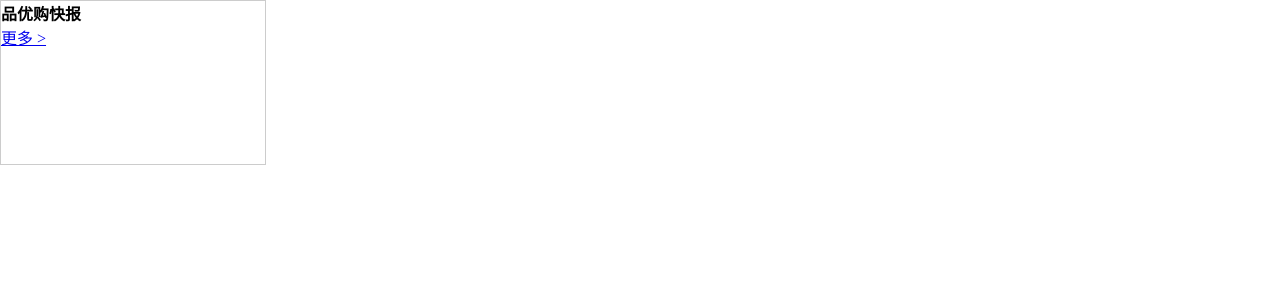
Repository: zhengdeya/web-based
Page: 32-品优购快报/index.html
These files come from the project's save history. The page is drawn as it stood at one moment and after the next save; the edit follows.
The browser window is 1280 px wide. The pictures show the whole page.

Above is the page before, as saved 2021-04-11 14:16:51.

### 32-品优购快报/index.html
<!DOCTYPE html>
<html lang="en">

<head>
    <meta charset="UTF-8">
    <meta http-equiv="X-UA-Compatible" content="IE=edge">
    <meta name="viewport" content="width=device-width, initial-scale=1.0">
    <title>品优购快报</title>
    <link rel="stylesheet" href="style.css">
</head>

<body>
    <div class="kuaibao">
        <div class="title">
            <h4>品优购快报</h4><a href="#">更多 ></a>
        </div>

    </div>
</body>

</html>

### 32-品优购快报/style.css
* {
    margin: 0;
    padding: 0;
}

.kuaibao {
    width: 264px;
    height: 163px;
    border: 1px solid #ccc
}

After the next save:
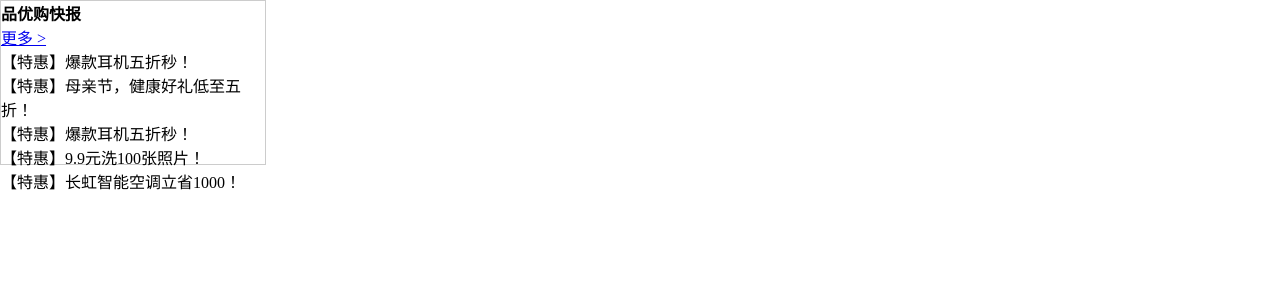
Saved 3 min 5 s later.
--- a/32-品优购快报/index.html
+++ b/32-品优购快报/index.html
@@ -12,9 +12,16 @@
 <body>
     <div class="kuaibao">
         <div class="title">
-            <h4>品优购快报</h4><a href="#">更多 ></a>
+            <h4>品优购快报</h4>
+            <a href="#">更多 ></a>
         </div>
-
+        <ul>
+            <li>【特惠】爆款耳机五折秒！</li>
+            <li>【特惠】母亲节，健康好礼低至五折！</li>
+            <li>【特惠】爆款耳机五折秒！</li>
+            <li>【特惠】9.9元洗100张照片！</li>
+            <li>【特惠】长虹智能空调立省1000！</li>
+        </ul>
     </div>
 </body>
 
